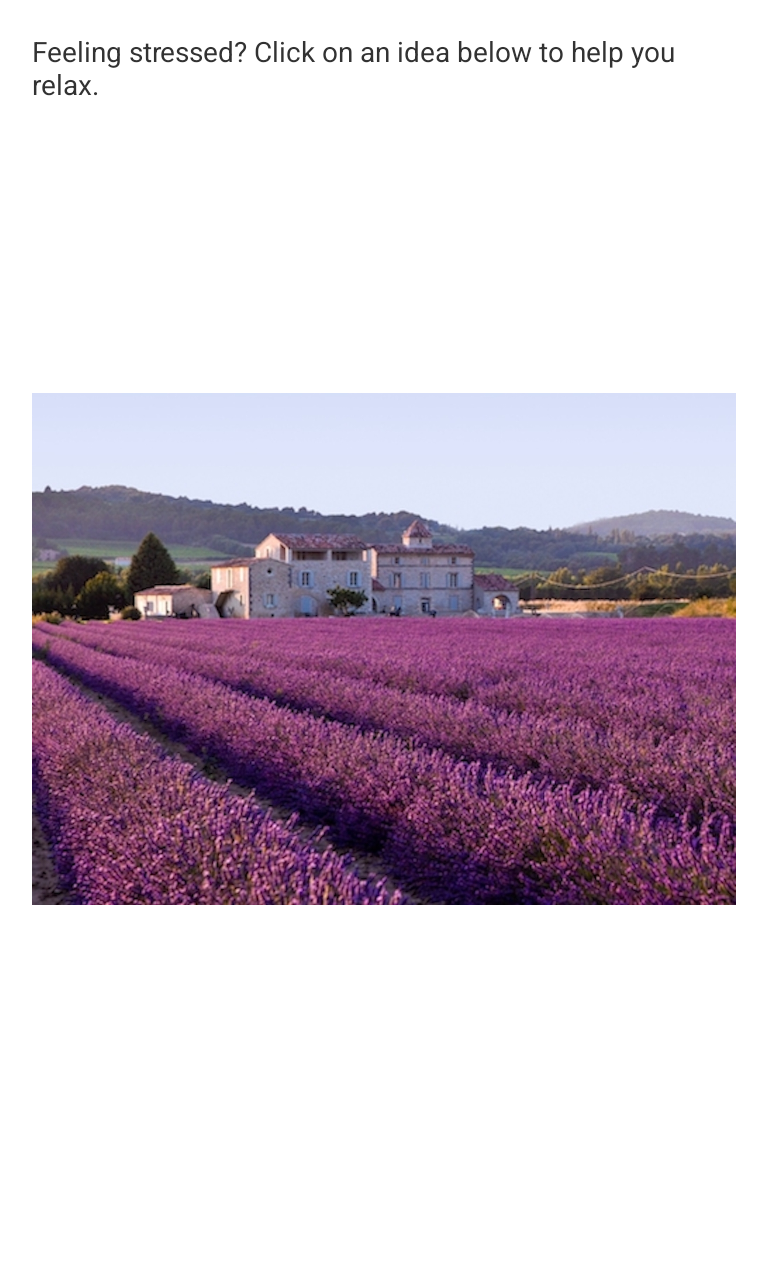
Repository: LSummers33/Apps101
Layout: Self-Care/res/layout/activity_main.xml
The author's editor kept a copy of each file at every save. The layout is drawn from the files as they stood at one save, then again after the next save.
It is drawn on a 768 x 1280 px phone screen (xhdpi) without system bars, with theme AppTheme; the app's code is not run.

Above is the layout before, as saved 2014-01-26 21:01:59.

### Self-Care/res/layout/activity_main.xml
<LinearLayout xmlns:android="http://schemas.android.com/apk/res/android"
    xmlns:tools="http://schemas.android.com/tools"
    android:layout_width="match_parent"
    android:layout_height="match_parent"
    android:paddingBottom="@dimen/activity_vertical_margin"
    android:paddingLeft="@dimen/activity_horizontal_margin"
    android:paddingRight="@dimen/activity_horizontal_margin"
    android:paddingTop="@dimen/activity_vertical_margin"
    android:orientation="vertical"
    tools:context=".MainActivity" >

    <TextView
        android:id="@+id/textView1"
        android:layout_width="wrap_content"
        android:layout_height="wrap_content"
        android:text="@string/hello_world" />

    <ImageView
        android:id="@+id/imageView1"
        android:layout_width="wrap_content"
        android:layout_height="wrap_content"
        android:contentDescription="@string/image"
        android:src="@drawable/lavender_field" />

<LinearLayout>
    <Button
        android:id="@+id/button1"
        android:layout_width="wrap_content"
        android:layout_height="wrap_content"
        android:onClick="listen"
        android:layout_weight="1"
        android:text="@string/button1" />

    <Button
        android:id="@+id/button2"
        android:layout_width="wrap_content"
        android:layout_height="wrap_content"
        android:layout_weight="1"
        android:text="@string/button2" />
</LinearLayout>
</LinearLayout>

### Self-Care/res/values/strings.xml
<?xml version="1.0" encoding="utf-8"?>
<resources>

    <string name="app_name">Self-Care</string>
    <string name="action_settings">Settings</string>
    <string name="hello_world">Feeling stressed? Click on an idea
        below to help you relax.</string>
    <string name="button1">Listen to music</string>
    <string name="button2">Button2</string>
    <string name="title_activity_music">MusicActivity</string>
    <string name="image">Smell the soothing scent of lavender while you
        relax and listen to the music.</string>

</resources>

Loaded but not shown: Self-Care/res/values/styles.xml (common file); Self-Care/res/values-v11/styles.xml (common file); Self-Care/res/values-v14/styles.xml (common file); Self-Care/res/values/dimens.xml (common file)

After the next save:
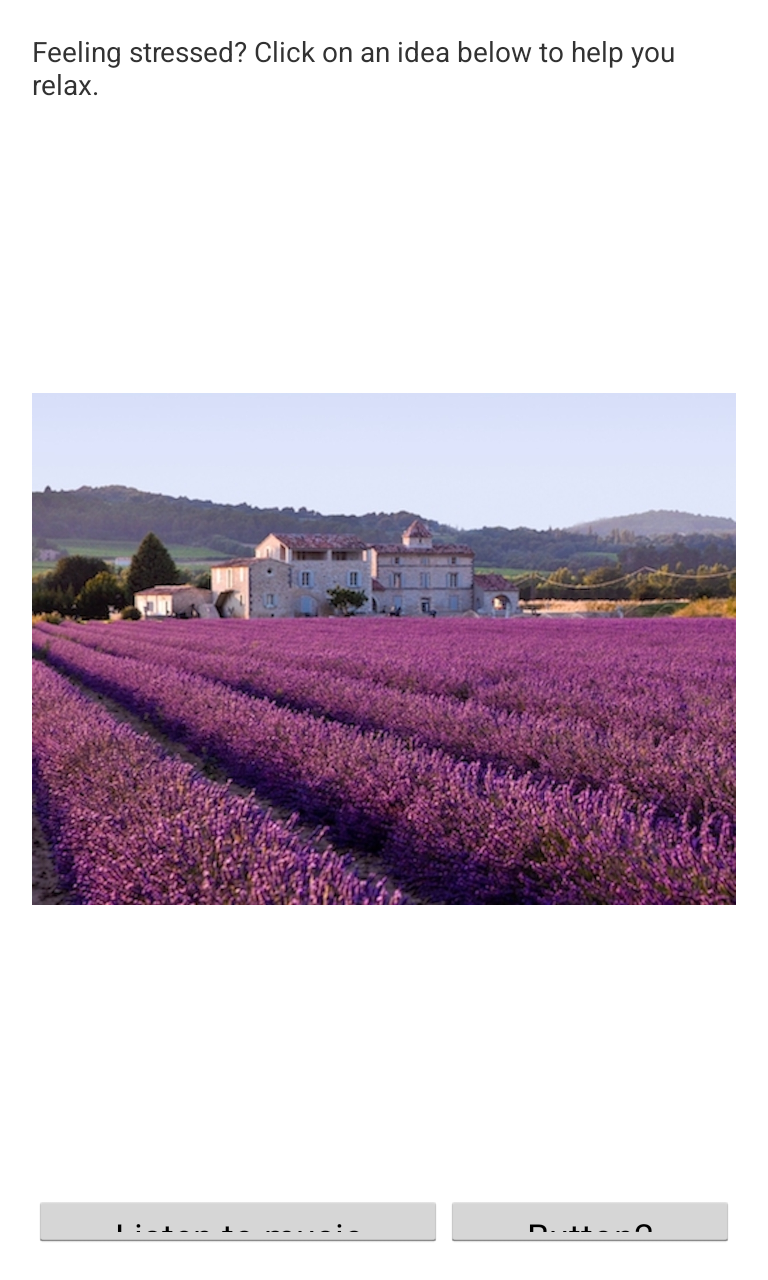
Saved 103 s later.
--- a/Self-Care/res/layout/activity_main.xml
+++ b/Self-Care/res/layout/activity_main.xml
@@ -22,7 +22,11 @@
         android:contentDescription="@string/image"
         android:src="@drawable/lavender_field" />
 
-<LinearLayout>
+<LinearLayout
+    	android:layout_width="match_parent"
+    	android:layout_height="wrap_content"
+    	android:orientation="horizontal">
+
     <Button
         android:id="@+id/button1"
         android:layout_width="wrap_content"
